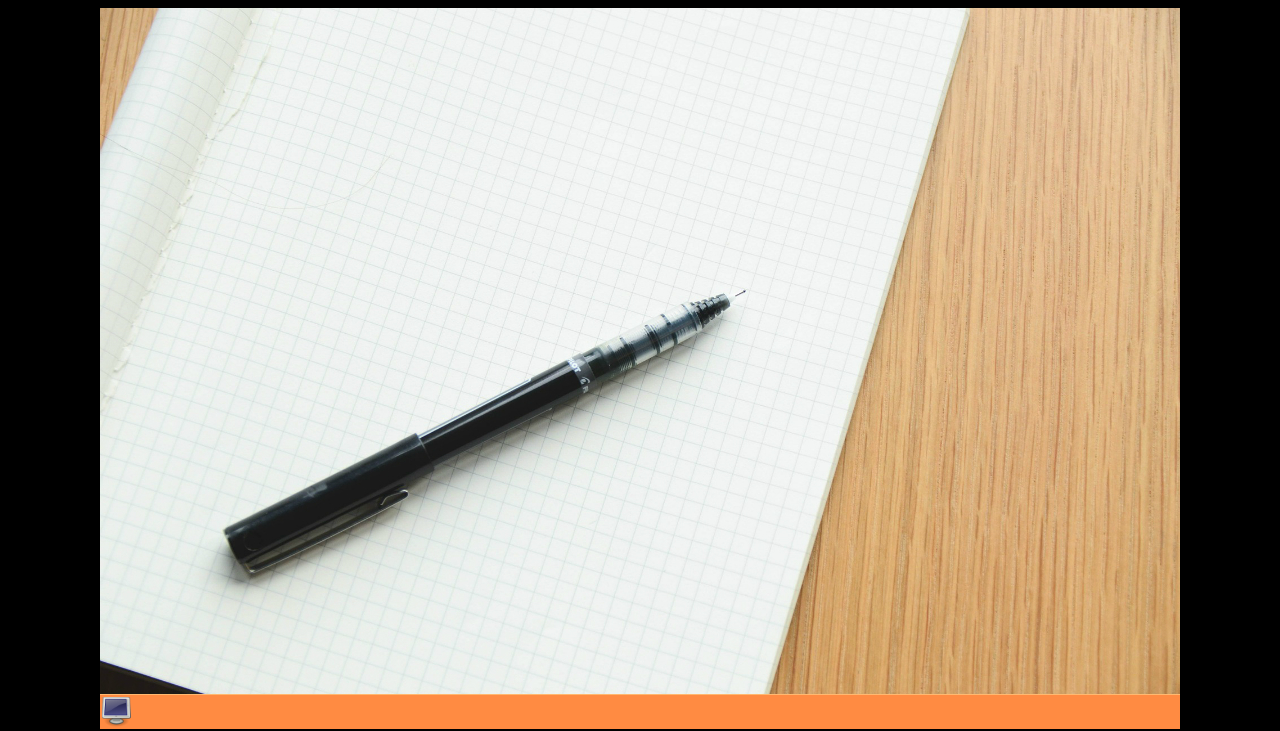
Repository: jc222fi/1dv403-laborationer
Page: 5-pwd/index.html
The author's editor kept a record of every edit. The page is drawn from the files as they stood at one moment, then again after the next edit.
The browser window is 1280 px wide. The pictures show the whole page.

Above is the page before.

After the next edit:
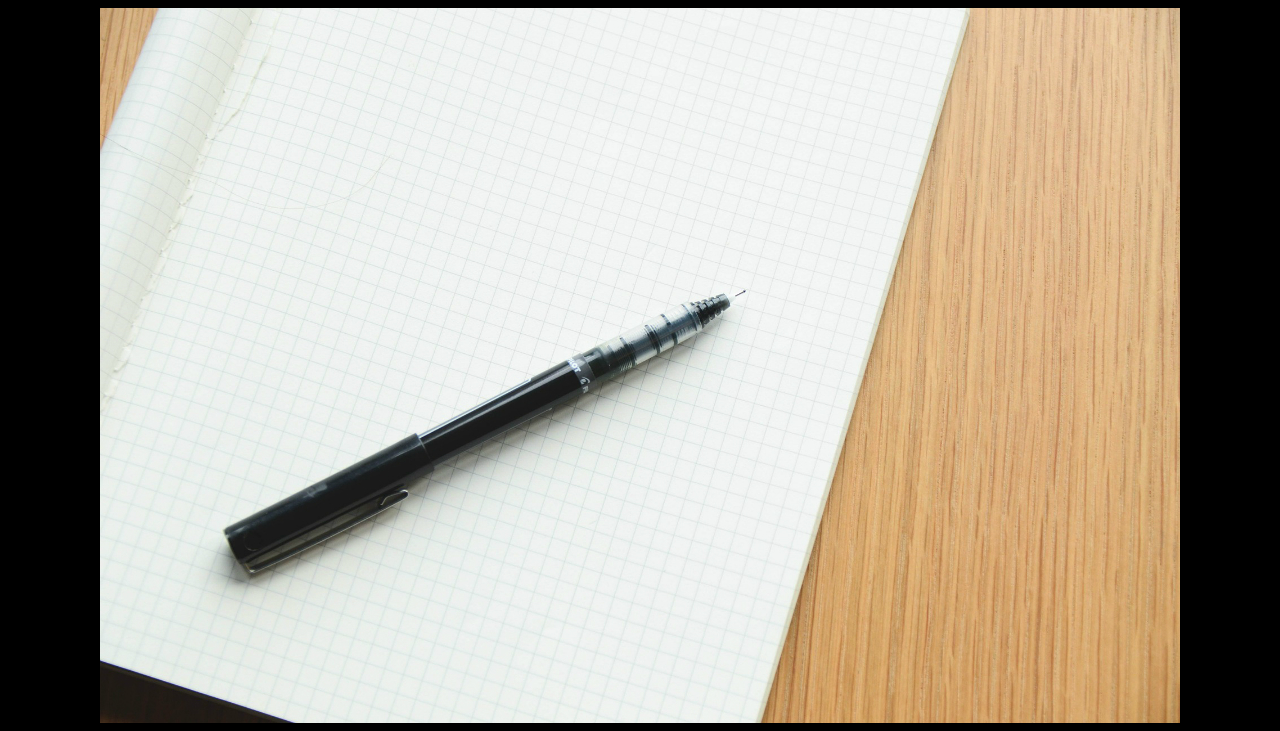
Console error: SyntaxError: Unexpected token ','
The edit:
--- a/5-pwd/script.js
+++ b/5-pwd/script.js
@@ -117,15 +117,16 @@
         var windowBody = document.querySelector(".windowBody");
 
         //console.log(MyDesktop.imgArray.thumbWidth);
-
         for(i=0;i<MyDesktop.imgArray.length;i++){
-
-            if(MyDesktop.imgArray[i].thumbWidth>maxWidth){
+        if(MyDesktop.imgArray[i].thumbWidth>maxWidth){
                 maxWidth = MyDesktop.imgArray[i].thumbWidth;
             }
             if(MyDesktop.imgArray[i].thumbHeight>maxHeight){
                 maxHeight = MyDesktop.imgArray[i].thumbHeight;
             }
+
+        for(i=0;i<MyDesktop.imgArray.length;i++){
+
 
             imgDiv = document.createElement("div");
             aTag = document.createElement("a");

After the edit that followed:
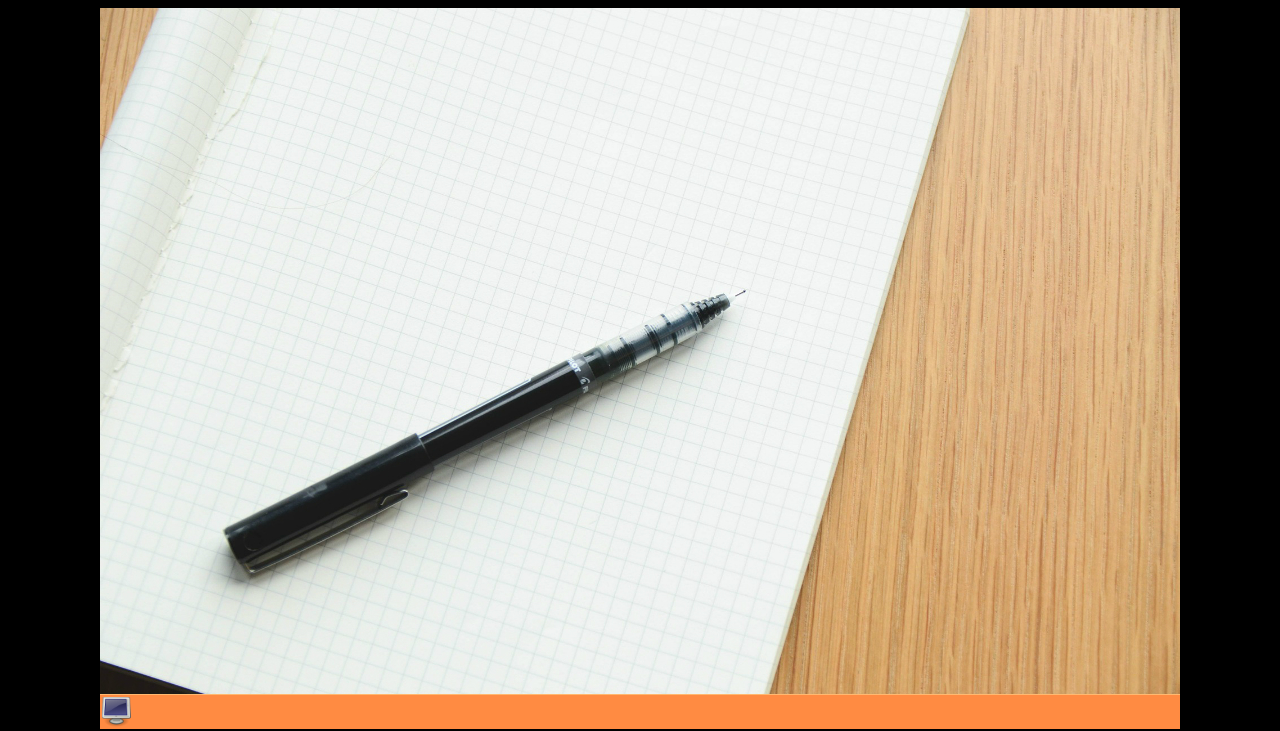
The error is gone.
The edit:
--- a/5-pwd/script.js
+++ b/5-pwd/script.js
@@ -124,7 +124,7 @@
             if(MyDesktop.imgArray[i].thumbHeight>maxHeight){
                 maxHeight = MyDesktop.imgArray[i].thumbHeight;
             }
-
+        }
         for(i=0;i<MyDesktop.imgArray.length;i++){
 
 
